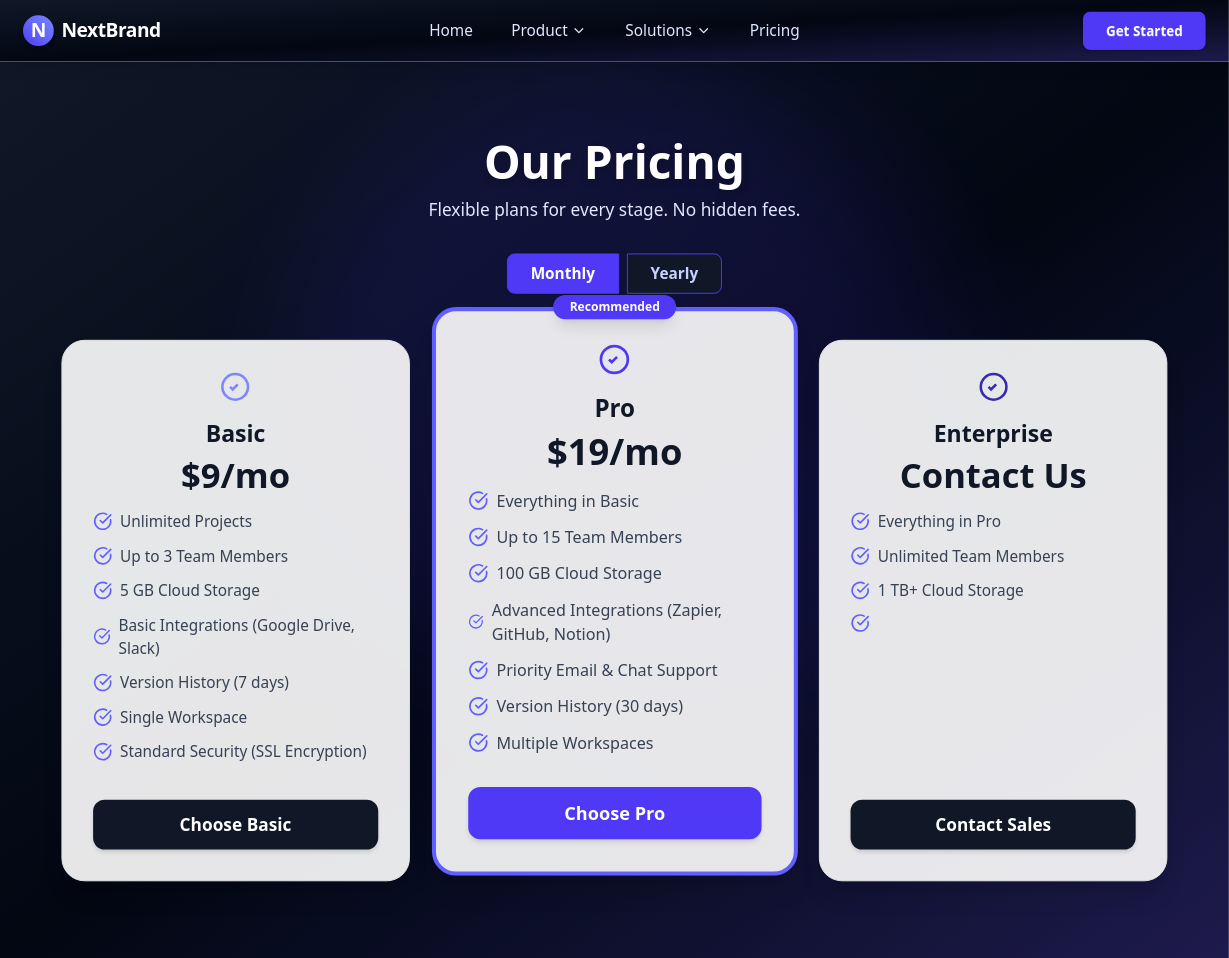
Repository: Chiranshukapil/Next_Brand
Page: /pricing
An editor plug-in stored every save of this project. The page is shown before and after the next save, followed by the edit.
The browser window is 1280 px wide. The pictures show the whole page, at 96% of full size.
The project was rebuilt for these pictures with package versions that can differ from the ones it lists, and the page was loaded fresh each time. Also part of the build but not shown: vite.config.js.

Above is the page before, as saved 2025-06-18 12:01:14.

After the next save:
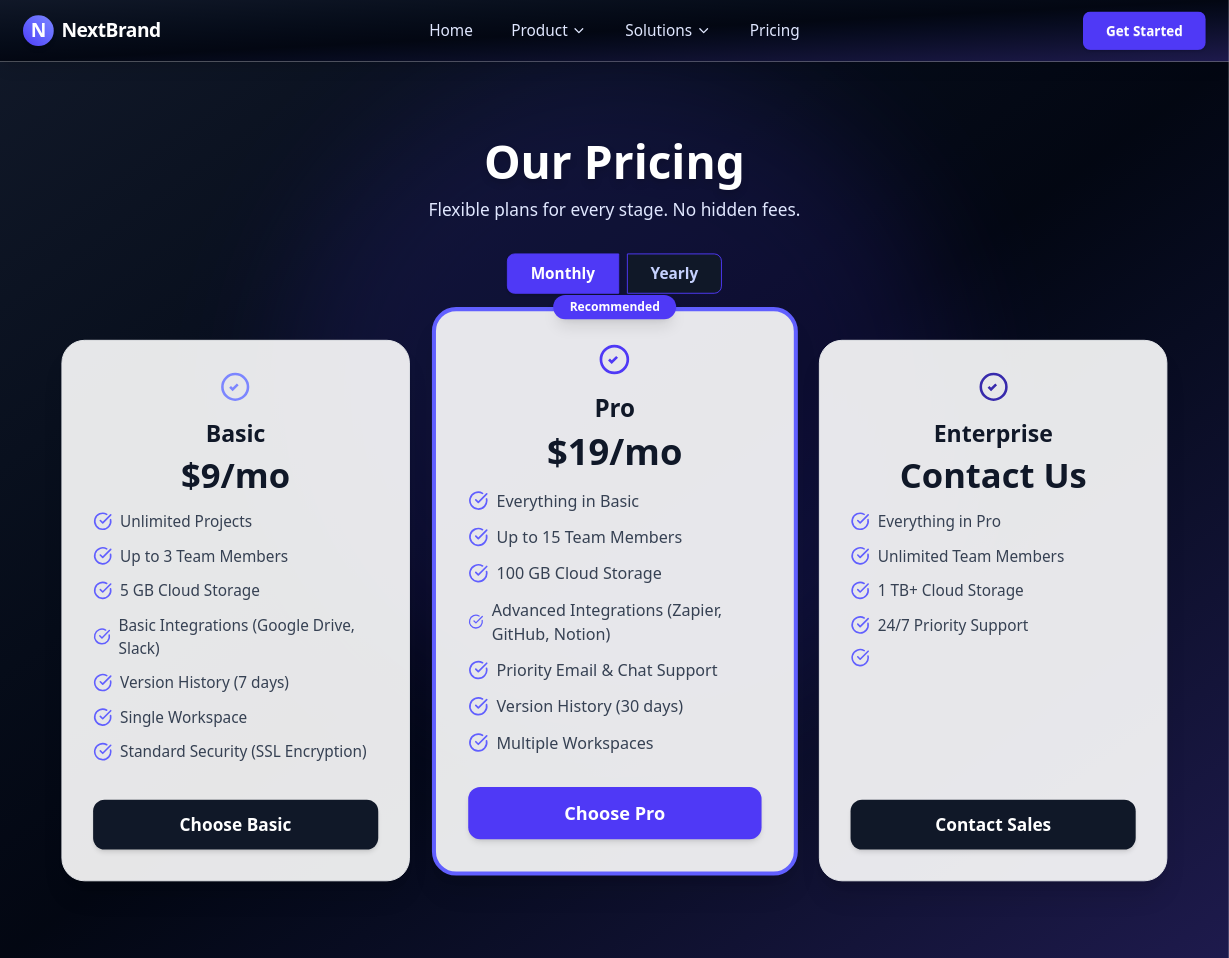
Saved 8 s later.
--- a/src/Components/PricingSection.jsx
+++ b/src/Components/PricingSection.jsx
@@ -26,7 +26,7 @@ const plans = [
     icon: <svg className="w-8 h-8 text-indigo-800" fill="none" stroke="currentColor" strokeWidth="2" viewBox="0 0 24 24"><circle cx="12" cy="12" r="10"/><path d="M8 12l2 2 4-4"/></svg>,
     monthly: null,
     yearly: null,
-    features: ["Everything in Pro", "Unlimited Team Members", "1 TB+ Cloud Storage", ""],
+    features: ["Everything in Pro", "Unlimited Team Members", "1 TB+ Cloud Storage", "24/7 Priority Support", ""],
     recommended: false,
     contact: true,
   },
